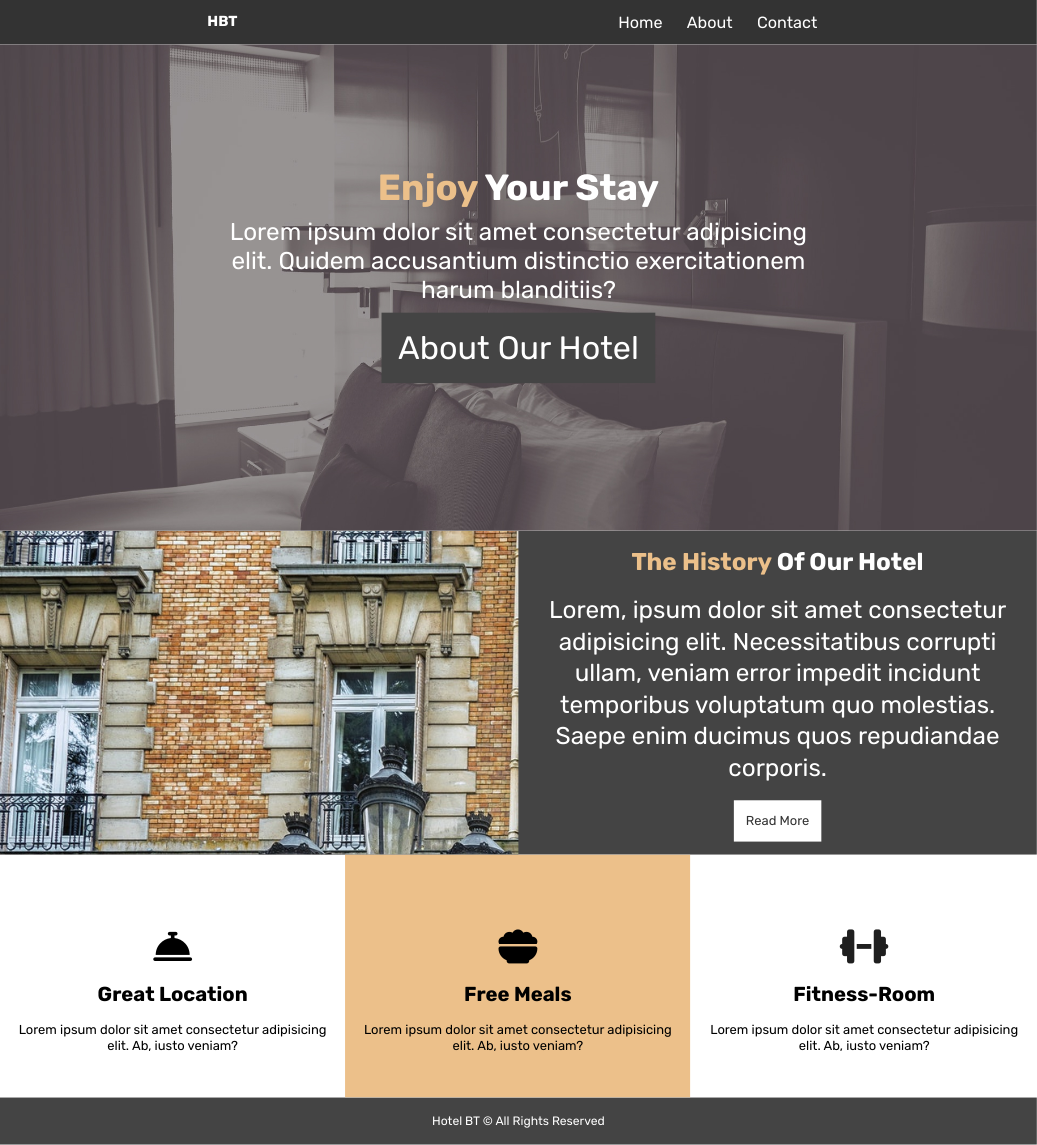
Repository: reemoon-ctrl/35---hotel-website
Page: index.html
These files come from the project's save history. The page is drawn as it stood at one moment and after the next save; the edit follows.
The browser window is 1280 px wide. The pictures show the whole page, at 81% of full size.
Some web libraries are served in a nearby version.

Above is the page before, as saved 2024-07-24 19:45:32.

After the next save:
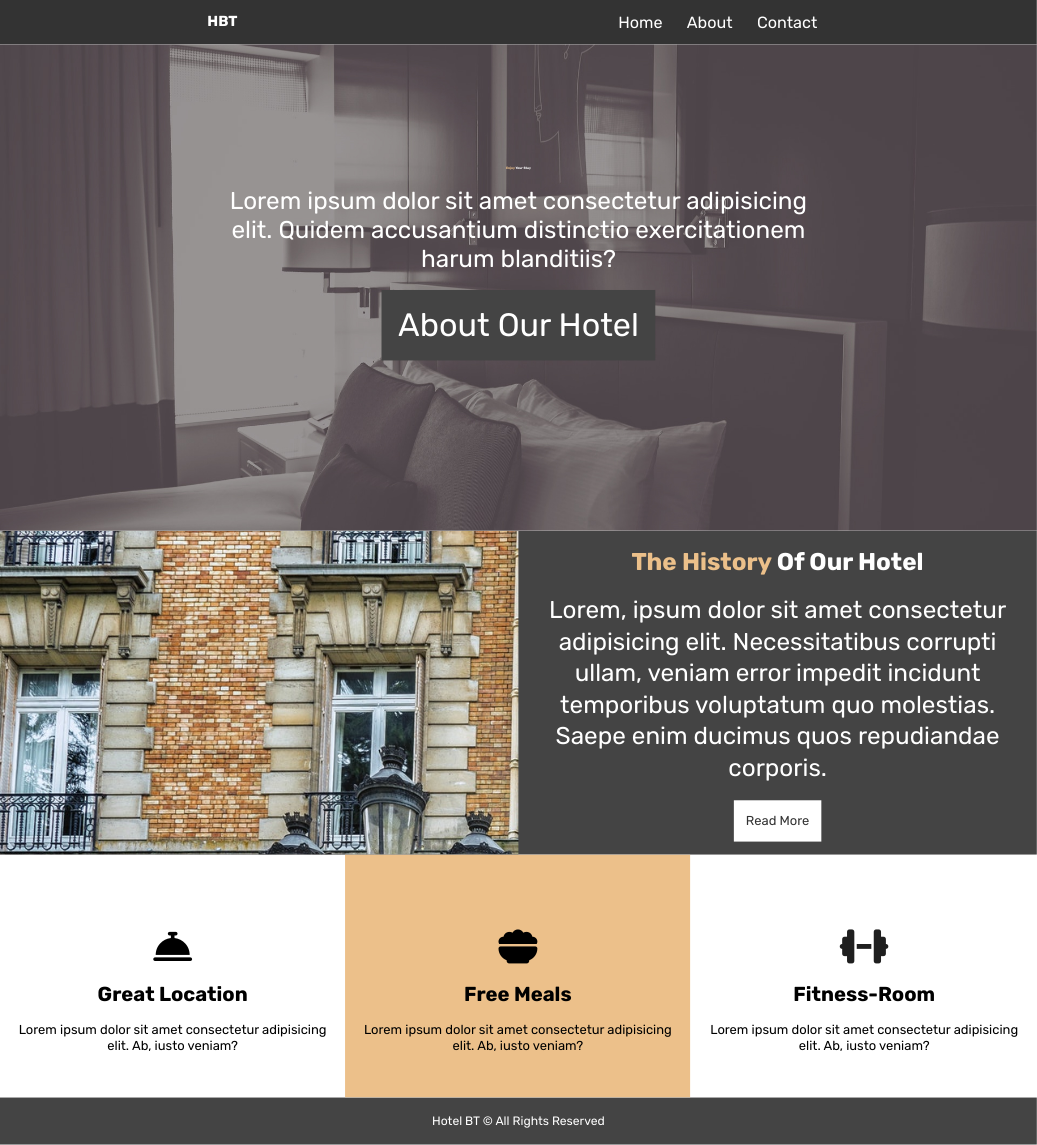
Saved 13 s later.
--- a/index.css
+++ b/index.css
@@ -80,12 +80,12 @@
     color:#fff;
 }
 .mainheadertxt h1{
-    font-size:45px;
+    font-size:4px;
 
 }
 
 .mainheadertxt p{
-    margin:10px;
+    margin:20px;
     font-size: 30px;
 }
 .mainheadertxt a{
